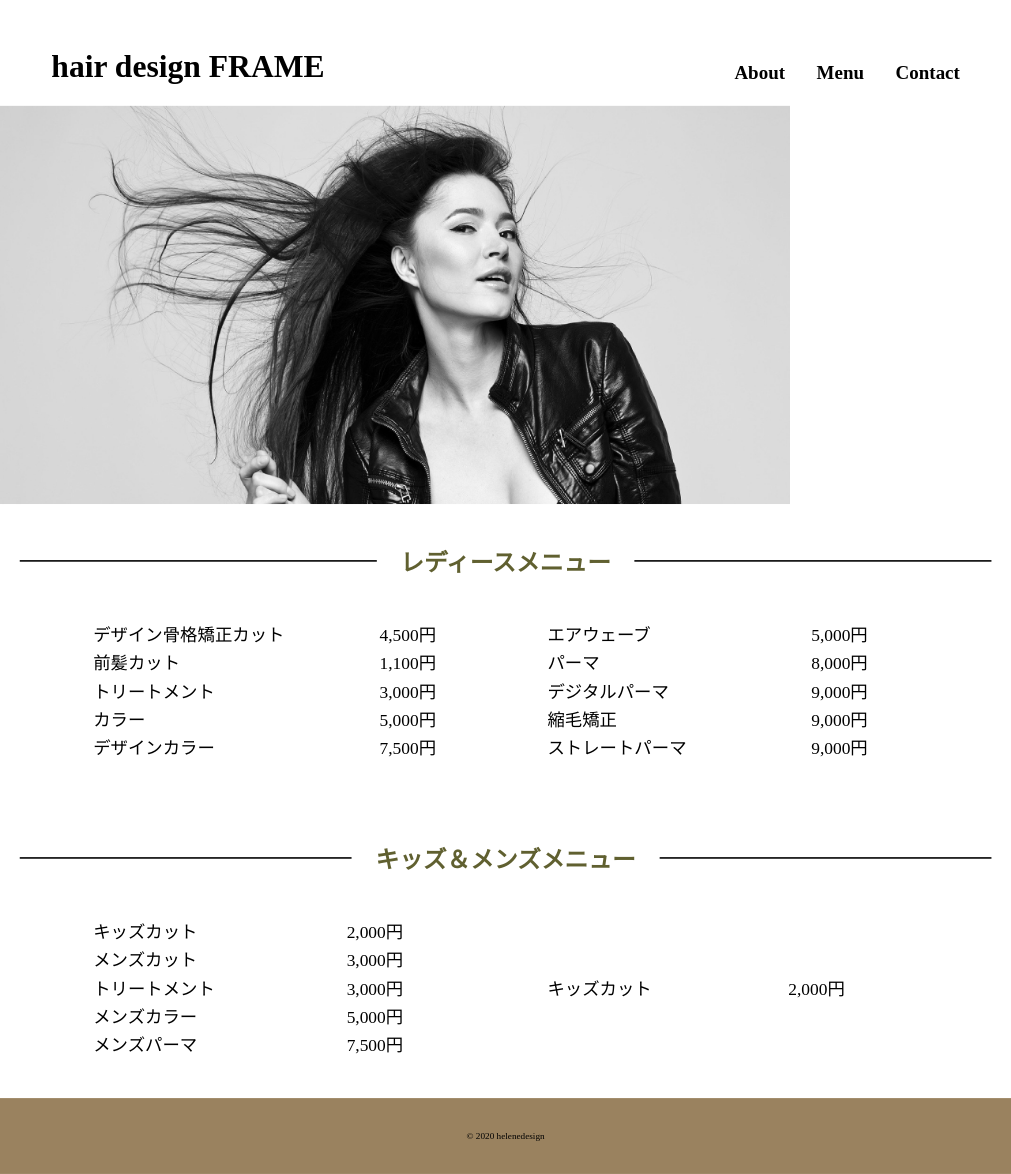
Repository: Akane492/samurai_HTML-CSS
Page: hairsalon/menu.html
The author's editor kept a record of every edit. The page is drawn from the files as they stood at one moment, then again after the next edit.
The browser window is 1280 px wide. The pictures show the whole page, at 79% of full size.

Above is the page before.

### hairsalon/menu.html
<!DOCTYPE html>
<html lang="ja">
    <head>
        <meta charset="UTF-8">
        <meta name="viewport" content="width=device-width, initial-scale=1.0">
        <meta http-equiv="X-UA-Compatible" content="ie=edge">
        <link rel="stylesheet" href="stylesheet.css">
        <title>hair design FRAME - Menu</title>
    </head>

    <body>
        <div id="menu">
            <header class="page-header wrapper">
                <h1 class="page-title"><a href="home.html">hair design FRAME</a></h1>
                <nav>
                    <ul class="top-nav">
                        <li><a href="about.html">About</a></li>
                        <li><a href="menu.html">Menu</a></li>
                        <li><a href="contact.html">Contact</a></li>
                    </ul>
                </nav>
            </header>
        <div id="menu-bg"></div>

        <div class="page-title2">
            <h2><span class="page-title-about">レディースメニュー</span></h2>
        </div><!---page-title2--->
        <div class="menu-preis wrapper">
            <table border="1" class="menu-info">
                <tr>
                    <td>デザイン骨格矯正カット</td>
                    <td>4,500円</td>
                </tr>
                <tr>
                    <td>前髪カット</td>
                    <td>1,100円</td>
                </tr>
                <tr>
                    <td>トリートメント</td>
                    <td>3,000円</td>
                </tr>
                <tr>
                    <td>カラー</td>
                    <td>5,000円</td>
                </tr>
                <tr>
                    <td>デザインカラー</td>
                    <td>7,500円</td>
                </tr>
            </table>

            <table border="1" class="menu-info2">
                <tr>
                    <td>エアウェーブ</td>
                    <td>5,000円</td>
                </tr>
                <tr>
                    <td>パーマ</td>
                    <td>8,000円</td>
                </tr>
                <tr>
                    <td>デジタルパーマ</td>
                    <td>9,000円</td>
                </tr>
                <tr>
                    <td>縮毛矯正</td>
                    <td>9,000円</td>
                </tr>
                <tr>
                    <td>ストレートパーマ</td>
                    <td>9,000円</td>
                </tr>
            </table>
        </div><!---menu-preis--->

        <div class="page-title2">
            <h2><span class="page-title-about">キッズ＆メンズメニュー</span></h2>
        </div><!---page-title2--->
        <div class="menu-preis wrapper">
            <table border="1" class="menu-info">
                <tr>
                    <td>キッズカット</td>
                    <td>2,000円</td>
                </tr>
                <tr>
                    <td>メンズカット</td>
                    <td>3,000円</td>
                </tr>
                <tr>
                    <td>トリートメント</td>
                    <td>3,000円</td>
                </tr>
                <tr>
                    <td>メンズカラー</td>
                    <td>5,000円</td>
                </tr>
                <tr>
                    <td>メンズパーマ</td>
                    <td>7,500円</td>
                </tr>
            </table>
            <table border="1" class="menu-info2">
                <tr>
                    <td>キッズカット</td>
                    <td>2,000円</td>
                </tr>
            </table>
        </div><!---menu-preis--->








        <footer>
            <p><small>&copy; 2020 helenedesign</small></p>
        </footer>
    </body>

</html>

### hairsalon/stylesheet.css
@charset "UTF-8";

body {
    font-family: "Yu Gothic Medium", "遊ゴシック Medium", YuGothic, "遊ゴシック体", "ヒラギノ角ゴ Pro W3","sanf-serif";
    padding: 0;
    margin: 0;
}
a {
    text-decoration: none;
}
img {
    max-width: 100%;
}

/*
----------header*/
#top {
    background-image: url(./images/woman.jpg);
    min-height: 100vh;
}
.background {
    background-size: cover;
    background-position: center top;
    background-repeat: no-repeat;
    width: 100%;
}
.wrapper {
    max-width: 1150px;
    margin: auto;
}
.page-title {
    font-family: 'Vollkorn', serif;
    font-size: 40px;
    margin-top: 60px;

}
.page-title a {
    color: black;
}
.page-title a:hover {
    color: #9a825f;
}
.page-header {
    display: flex;
    justify-content: space-between;
}
.top-nav {
    display: flex;
    list-style: none;
    font-size: 1.5rem;
	font-family: 'Vollkorn', serif;
    font-weight: bold;
    margin-top: 79px;
}
.top-nav li {
    margin-left: 40px;
}
.top-nav a {
    color: black;
}
.top-nav a:hover {
    color: #9a825f;
}

h2 {
    max-width: 1100px;
    margin: auto;
    margin-top: 50px;
    position: relative;
    padding: 0 65px;
    text-align: center;
}

h2:before {
    position: absolute;
    top: calc(50% - 1px);
    left: 0;
    width: 100%;
    height: 2px;
    content: '';
    background: #000;
}

h2 span {
    position: relative;
    padding: 0 1em;
    background: #dbdbdd;
    color: #606030;
}

/*
----------about*/
.page-title-about {
    background: white;
    font-size: 30px;
    font-family: 'Vollkorn', serif;
    font-weight: bold;
}
.content {
    max-width: 700px;
    margin-top: 50px;
}
#content-bg {
    background-image: url(./images/salon2.jpg);
    min-height: 40vh;
}
.grid {
    display: grid;
    grid-template-columns: repeat(3,minmax(240px, 1fr));
    margin-top: 3%;
    margin-bottom: 50px;
}
.item {
    padding: 0 20px;
}
.item-title {
    text-align: center;
    font-size: 20px;
}
.item-info {
    font-size: 13px;
}

/*
----------nemu*/
#menu-bg {
    background-image: url(images/girl4.jpg);
    min-height: 70vh;
}
.menu-preis {
    display: flex;
    justify-content: space-between;
}
.menu-info {
    list-style: none;
    width: 50%;
    text-align: left;
    font-size: 22px;
    margin: 50px;

}
.menu-info2 {
    list-style: none;
    width: 50%;
    text-align: left;
    font-size: 22px;
    margin: 50px;
}
table, td {
    border: none;
}


/*
-----------contact*/
#contact {
    background-image: url(./images/contact.jpg);
    min-height: 100vh;
}
form div {
    margin-bottom: 16px;
}
label {
    font-size: 1.125rem;
    margin-bottom: 10px;
    display: block;
}
input[type="text"],
input[type="mail"],
textarea {
    background: rgba(255,255,255,.5);
    border: 1px #fff solid;
    border-radius: 5px;
    padding: 10px;
    font-size: 1rem;
}
input[type="text"],
input[type="mail"] {
    width: 100%;
    max-width: 350px;
}
textarea {
    width: 100%;
    max-width: 350px;
    height: 6rem;
}
input[type="submit"] {
    border: none;
    cursor: pointer;
    line-height: 1;
}
.name-contact {
    text-align: center;
}
.email-contact {
    text-align: center;
}
.message-contact {
    text-align: center;
}
.message-submit {
    text-align: center;
}
.button {
    text-align: center;
    background: #9a825f;
    color: #fff;
    font-size: 1.375rem;
    padding: 15px 20px;
    border-radius: 5px;
}
.button:hover {
    background: #7d694b;
}
#contact-title {
    text-align: center;
}
.content-title {
    font-size: 5rem;
    font-family: "Philosopher", serif;
    font-weight: normal;
    text-transform: none;
}
#location {
    padding: 4% 0;
}
#location .wrapper {
    display: flex;
    justify-content: space-between;
}
#name-shop {
    font-size: 1.375rem;
    font-weight: normal;
    padding: 0 8px 8px;
    border-bottom: 2px #9a825f solid;
}
.location-info {
    width: 22%;
}
.location-info p {
    padding: 12px 10px;
}
.location-map {
    width: 74%;
}
iframe {
    width: 100%;
}

/*
----------footer*/
footer {
    text-align: center;
    background: #9a825f;
    padding: 26px 0;
}
footer p {
    font-size: 0.875rem;
}

/*
----------mobile*/
@media (max-width: 600px) {
    .page-title {
        margin-top: 5px;
    }
    .page-title a {
        font-size: 2rem;
    }
    .page-header {
        flex-direction: column;
        align-items: center;
    }

    /* header */
    .top-nav {
        font-size: 1.1rem;
        margin-top: 5px;
    }
    .top-nav li {
        margin: 0 15px;
    }

    /* home */
    h2 {
        margin-top: 10px;
    }

    /* about */
    .page-title-about {
        font-size: 20px;
    }
    .content {
        max-width: 320px;
        margin-top: 30px;
        margin-bottom: 30px;
    }
    .content p {
        font-size: 14px;
    }
    footer p {
        font-size: 10px;
    }
    .grid {
        display: grid;
        grid-template-columns: repeat(2,minmax(240px, 1fr));
    }
    .item {
        margin-top: 10px;
    }
    .item-title {
        font-size: 15px;
        font-weight: bold;
    }
    .item-info {
        font-size: 12px;
    }

    /* contact */
    #contact-title {
        font-size: 40px;
        font-weight: bold;
    }
    input[type="text"],
    input[type="mail"] {
        width: 100%;
        max-width: 300px;
}
    textarea {
        max-width: 300px;
        width: 100%;
        height: 6rem;
    }
    #name-shop {
        font-weight: bold;
    }
    #location .wrapper {
        flex-direction: column;
    }
    .location-info,
    .location-map {
        width: 100%;
    }
    #location-wrapper {
        text-align: center;
    }
    .location-map {
        margin-bottom: -23px;
    }

    /* menu */
        #menu-bg {
            background-position: left 22% top 5%;
        }
        .menu-info td {
            font-size: 12px;
        }
        .menu-info2 td {
            font-size: 12px;
        }
}

After the next edit:
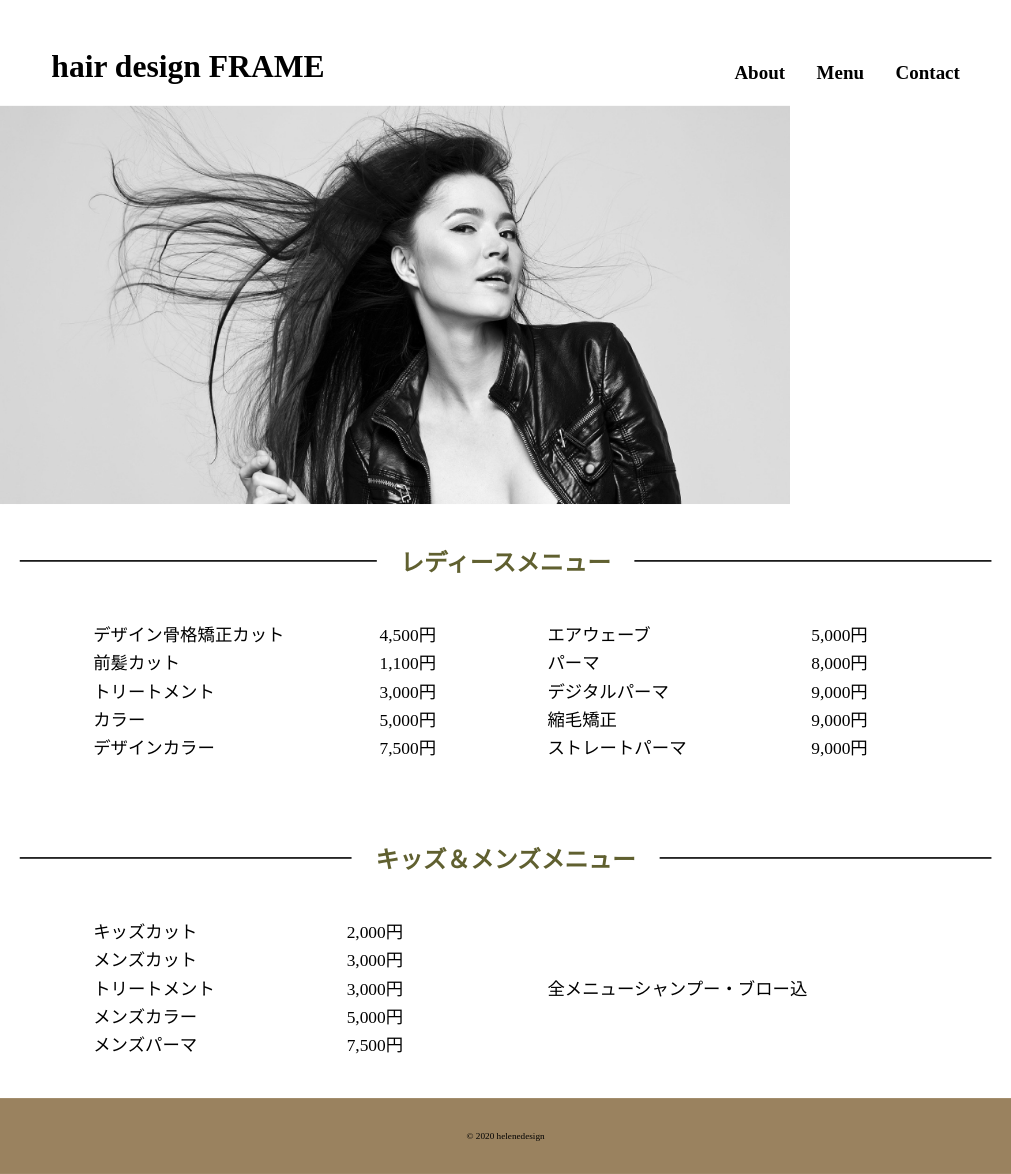
The edit:
--- a/hairsalon/menu.html
+++ b/hairsalon/menu.html
@@ -101,8 +101,7 @@
             </table>
             <table border="1" class="menu-info2">
                 <tr>
-                    <td>キッズカット</td>
-                    <td>2,000円</td>
+                    <td>全メニューシャンプー・ブロー込</td>
                 </tr>
             </table>
         </div><!---menu-preis--->
